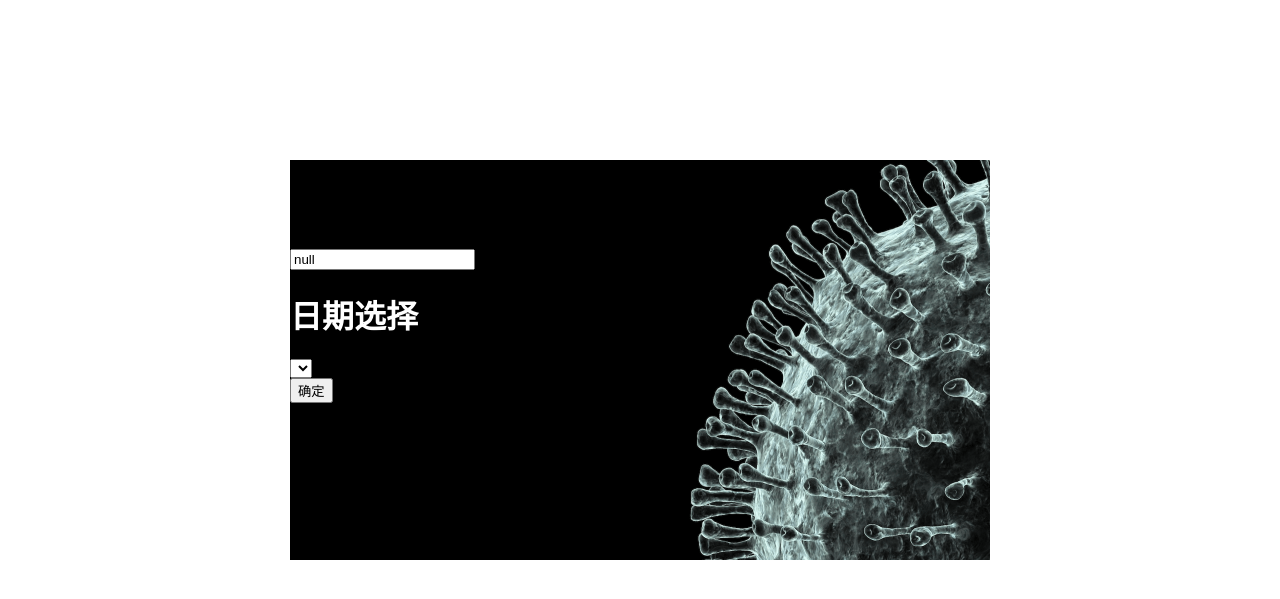
Repository: yz990219/InfectStatisticWeb
Page: http://localhost/MyInfectStatisticWeb/dateChooseProvince.jsp
The author's editor kept a copy of each file at every save. The page is drawn from the files as they stood at one save, then again after the next save.
The browser window is 1280 px wide. The pictures show the whole page.
The page is served by Tomcat 9. Other server files are loaded and not shown.

Above is the page before, as saved 2020-03-13 16:38:33.

### MyInfectStatisticWeb/WebContent/dateChooseProvince.jsp
<%@ page language="java" contentType="text/html; charset=utf-8"
	pageEncoding="utf-8"%>
<%@ page import="hw2.*"%>
<%@ page import="java.util.*"%>
<%@ page import="java.io.File"%>
<!DOCTYPE html>
<html>
<head>
<meta charset="UTF-8">
<meta http-equiv="X-UA-Compatible" content="IE=EDGE">
<title>省份日期详情选择</title>
<link href="css/datechoose.css" rel="stylesheet">
<script type="text/javascript" src="js/jquery.min.js"></script>
<script type="text/javascript" src="js/echarts.min.js"></script>
<script type="text/javascript" src="js/map/china.js"></script>
</head>
<body>


	<div class="datechoose">

		<h1>
			你的选择是<%=request.getParameter("province_value")%></h1>
		<form action="province.jsp" id="province">

			<input id="province_value" name="province_value" type="text"
				value="<%=request.getParameter("province_value")%>">
			<%
				ArrayList<String> fileNameList = new ArrayList<String>();
				String[] temp;
				String path = "D:\\InfectStatisticWeb\\MyInfectStatisticWeb\\WebContent\\log\\";
				File name = new File(path);
				temp = name.list();
				if (name.isDirectory()) {
					for (int i = 0; i < temp.length; i++) {
						fileNameList.add(temp[i]);
					}
				}
			%>
			<div>
				<h1 style="color: #ffffff;">日期选择</h1>
			</div>
			<div>
				<select name="date">
					<%
						for (int i = 0; i < fileNameList.size(); i++) {
					%>
					<option
						value="<%=fileNameList.get(i).substring(0, fileNameList.get(i).length() - 8)%>">
						<%=fileNameList.get(i).substring(0, fileNameList.get(i).length() - 8)%>
					</option>
					<%
						}
					%>
				</select>
			</div>
			<button type="submit">确定</button>
		</form>


	</div>



</body>
</html>

### MyInfectStatisticWeb/WebContent/css/datechoose.css
@charset "UTF-8";
.datechoose {
	background-image: url(backgroundimg.png);
   	width: 700px;
    height: 400px;
    position: fixed;
    left: 50%;
    top: 50%;
    z-index: 11;
    /*设定这个div的margin-top的负值为自身的高度的一半,margin-left的值也是自身的宽度的一半的负值.*/
    /*宽为400,那么margin-top为-200px*/
    /*高为200那么margin-left为-100px;*/
    margin: -200px 0 0 -350px;
}
.form{
	margin: 65px 0 0 140px;
}

Loaded but not shown: MyInfectStatisticWeb/WebContent/js/jquery.min.js (library); MyInfectStatisticWeb/WebContent/js/echarts.min.js (library); MyInfectStatisticWeb/WebContent/js/map/china.js (library)

After the next save:
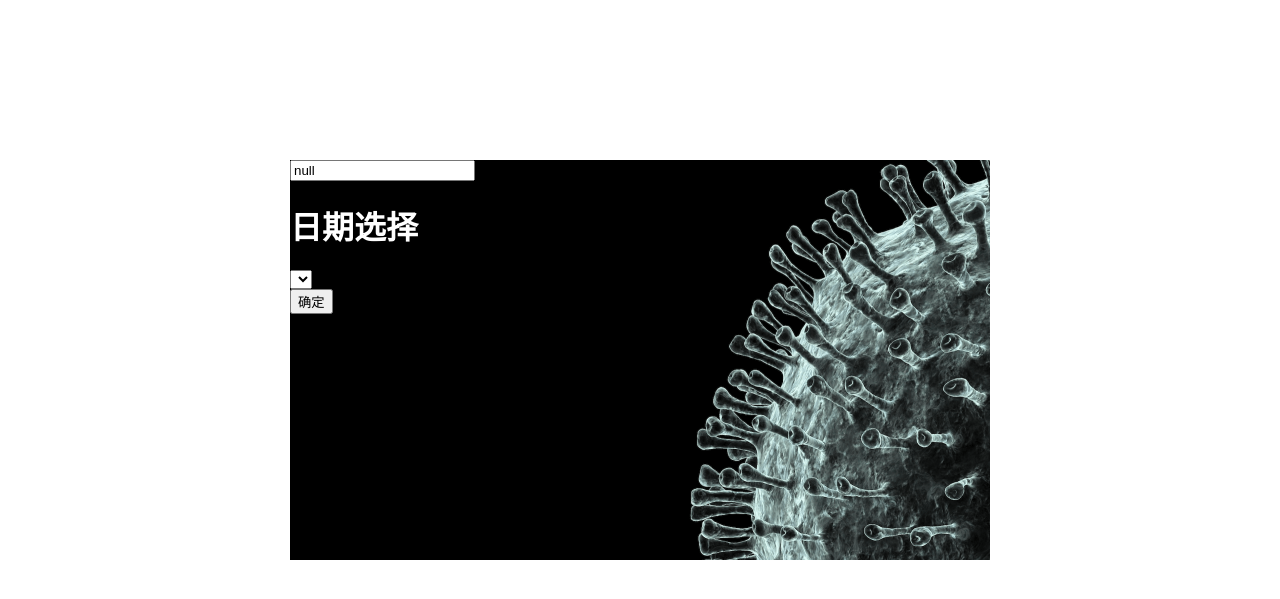
Saved 32 s later.
--- a/MyInfectStatisticWeb/WebContent/dateChooseProvince.jsp
+++ b/MyInfectStatisticWeb/WebContent/dateChooseProvince.jsp
@@ -18,9 +18,6 @@
 
 
 	<div class="datechoose">
-
-		<h1>
-			你的选择是<%=request.getParameter("province_value")%></h1>
 		<form action="province.jsp" id="province">
 
 			<input id="province_value" name="province_value" type="text"
